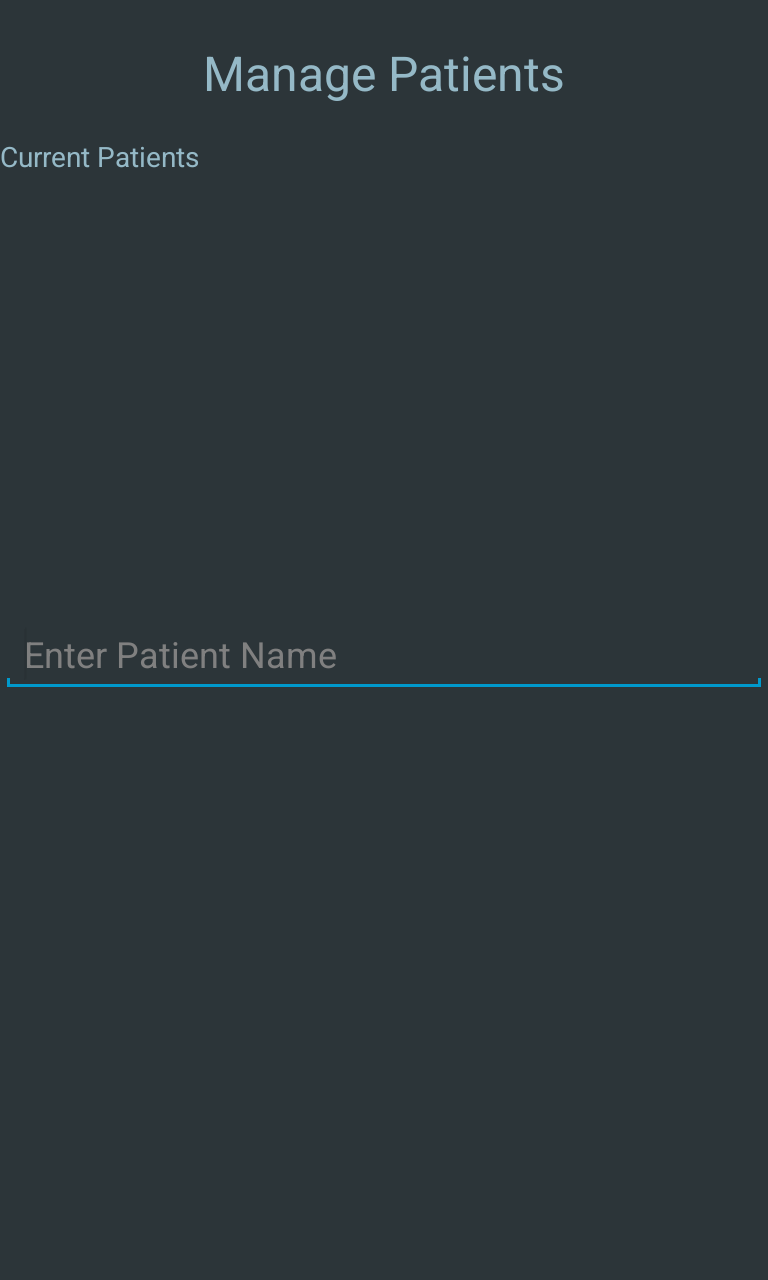
Repository: davidwiggy/MyWeek
Layout: MyWeek/res/layout/manage_clients.xml
An editor plug-in stored every save of this project. The layout is shown before and after the next save, followed by the edit.
It is drawn on a 768 x 1280 px phone screen (xhdpi) without system bars, with theme AppTheme; the app's code is not run. Lists and similar views that code fills are empty.

Above is the layout before, as saved 2013-10-29 01:43:54.

After the next save:
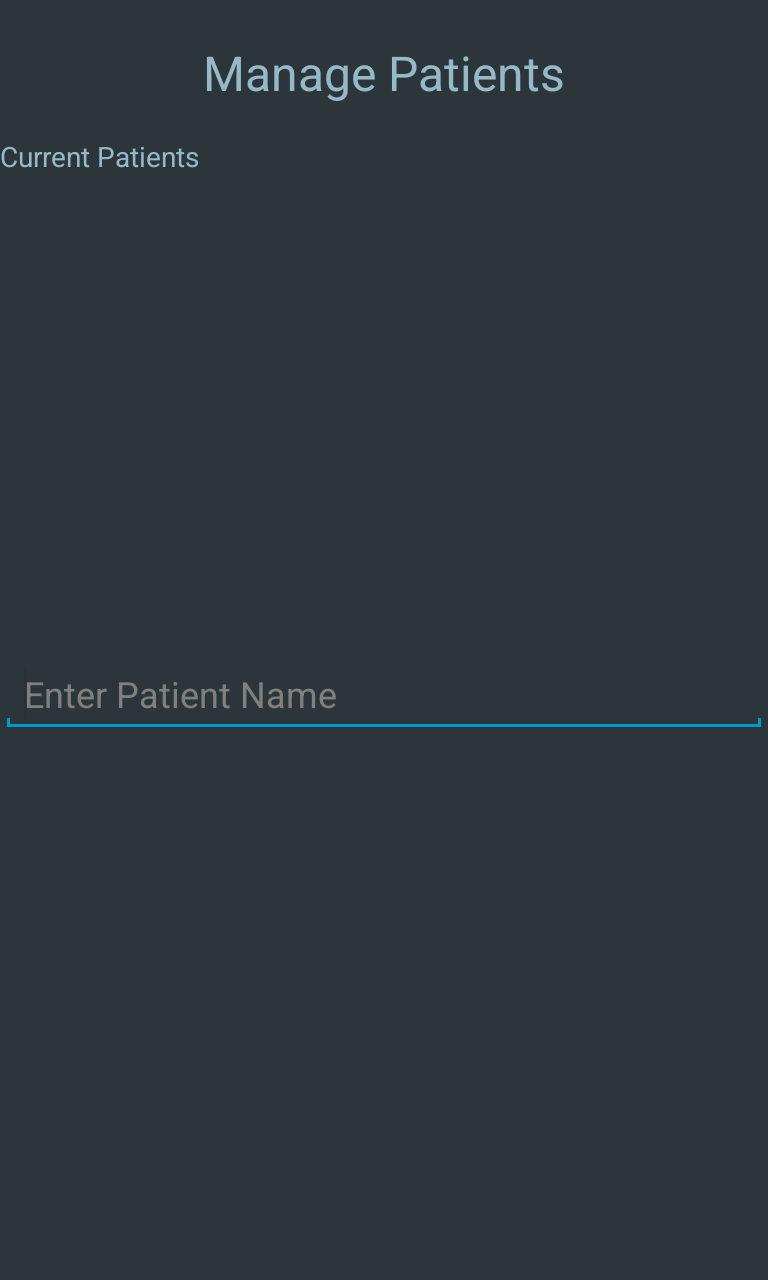
Saved 20 s later.
--- a/MyWeek/res/layout/manage_clients.xml
+++ b/MyWeek/res/layout/manage_clients.xml
@@ -43,6 +43,7 @@
            android:layout_height="wrap_content"
            android:layout_alignParentLeft="true"
            android:layout_below="@+id/listViewHolderManageClients"
+           android:layout_marginTop="20dip"
            android:ems="10"
            android:hint="Enter Patient Name"
            android:inputType="textPersonName" >
